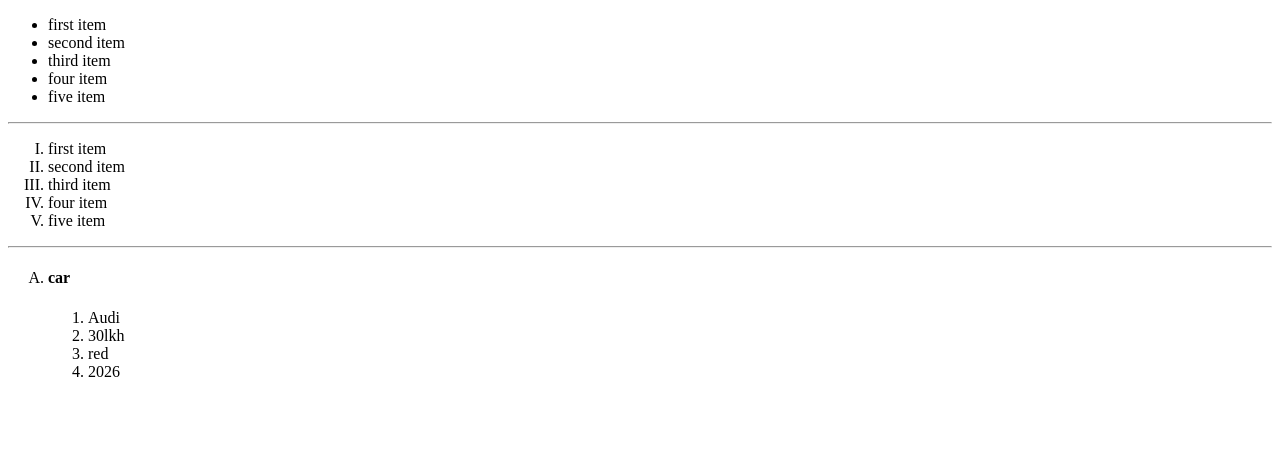
Repository: viveknaidu007/repo-166-Full-Stack-Development-Learning-Notes-Innomatics-2024
Page: module_1-html,css,bootstrap/spet_20_2024/index.html
These files come from the project's save history. The page is drawn as it stood at one moment and after the next save; the edit follows.
The browser window is 1280 px wide. The pictures show the whole page.

Above is the page before, as saved 2024-09-21 11:51:22.

After the next save:
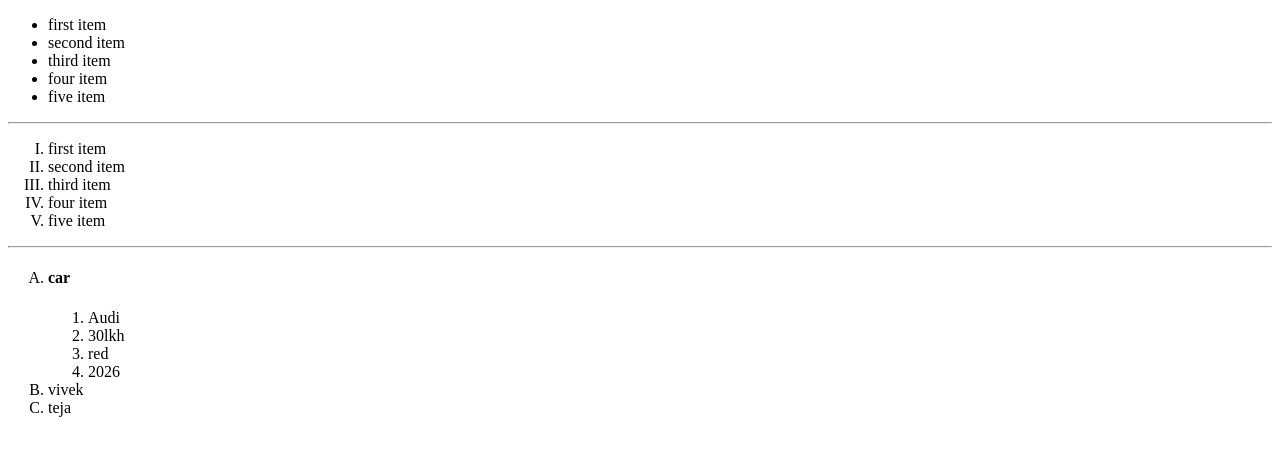
Saved 11 min 2 s later.
--- a/module_1-html,css,bootstrap/spet_20_2024/index.html
+++ b/module_1-html,css,bootstrap/spet_20_2024/index.html
@@ -36,6 +36,9 @@
                 <li> 2026 </li>
             </ol>
         </li>
+        <li> vivek </li>
+        <li> teja </li>
+
     </ol>
 
 </body>
